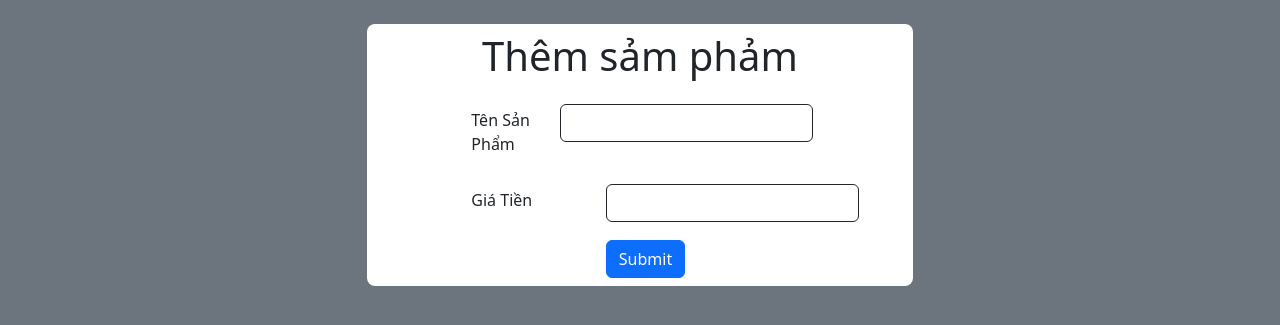
Repository: HT-35/iuh
Page: thi GK/index.html
The author's editor kept a copy of each file at every save. The page is drawn from the files as they stood at one save, then again after the next save.
The browser window is 1280 px wide. The pictures show the whole page.

Above is the page before, as saved 2024-03-25 11:51:30.
Console error: TypeError: Cannot read properties of null (reading 'addEventListener')

### thi GK/index.html
<!DOCTYPE html>
<html lang="en">

<head>
  <meta charset="UTF-8">
  <meta name="viewport" content="width=device-width, initial-scale=1.0">
  <title>Call API from Form Input</title>
  <link href="https://cdn.jsdelivr.net/npm/bootstrap@5.3.3/dist/css/bootstrap.min.css" rel="stylesheet">
</head>

<body class="container bg-secondary">

  <div class="row">

    <div class="col-sm-3 col-md-3 col-lg-3"></div>

    <div class="col-sm-6 col-md-6 col-lg-6">
      <div class="  bg-white rounded-3 p-2 w-100 mt-4">
        <div class="row">

          <div class="title col-sm-12 col-md-12 col-lg-12">
            <h1 class="text-center">Thêm sảm phảm</h1>
          </div>
        </div>

        <form action="#" class="">
          <div class="mb-3 mt-3 row">
            <div class="col-0 col-sm-2 col-md-2 col-lg-2  ">

            </div>
            <div class="col-6 col-sm-4 col-md-4 col-lg-2  ">
              <label for="email" class="form-label p-1">Tên Sản Phẩm</label>
            </div>
            <div class="col-6 col-sm-6 col-md-6 col-lg-6"><input type="email" class="form-control border border-dark"
                id="email" placeholder="" name="email"></div>
          </div>



          <div class="mb-3 mt-3 row">
            <div class="col-0 col-sm-2 col-md-2 col-lg-2  ">

            </div>
            <div class="col-6 col-sm-4 col-md-4 col-lg-3  ">
              <label for="email" class="form-label p-1">Giá Tiền</label>
            </div>
            <div class="col-6 col-sm-6 col-md-6 col-lg-6"><input type="email" class="form-control border border-dark"
                id="email" placeholder="" name="email"></div>
          </div>

          <div class="row">
            <div class=" col-4 col-sm-5 col-md-5 col-lg-5 "></div>
            <div class=" col-6 col-sm-3 col-md-3 col-lg-3 "><button type="submit"
                class="btn  btn-primary">Submit</button>
            </div>
            <div class=" col-6 col-sm-4 col-md-4 col-lg-4 "></div>

          </div>
        </form>
        <div id="result"></div>
      </div>

    </div>


    <div class="col-sm-3 col-md-3 col-lg-3"></div>
  </div>



  <script src="https://cdn.jsdelivr.net/npm/bootstrap@5.3.3/dist/js/bootstrap.bundle.min.js"></script>
  <script src="script.js"></script>
</body>

</html>

### thi GK/script.js
document.addEventListener("DOMContentLoaded", function () {
  document
    .getElementById("apiForm")
    .addEventListener("submit", function (event) {
      event.preventDefault(); // Ngăn chặn sự kiện mặc định của form

      var inputData = document.getElementById("inputData").value; // Lấy dữ liệu từ input

      // Gửi yêu cầu fetch đến API
      fetch("URL_API_CỦA_BẠN", {
        method: "POST",
        headers: {
          "Content-Type": "application/json",
        },
        body: JSON.stringify({ data: inputData }),
      })
        .then((response) => {
          if (!response.ok) {
            throw new Error("Network response was not ok");
          }
          return response.json();
        })
        .then((data) => {
          // Xử lý dữ liệu trả về từ API
          document.getElementById("result").innerText =
            "API Response: " + JSON.stringify(data);
        })
        .catch((error) => {
          // Xử lý lỗi
          console.error("Error:", error);
          document.getElementById("result").innerText =
            "Error: " + error.message;
        });
    });
});

After the next save:
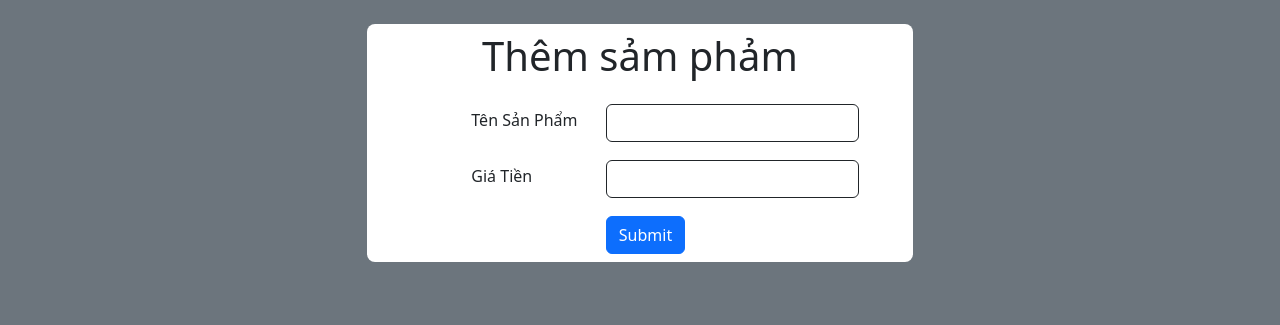
Saved 5 s later.
--- a/thi GK/index.html
+++ b/thi GK/index.html
@@ -28,7 +28,7 @@
             <div class="col-0 col-sm-2 col-md-2 col-lg-2  ">
 
             </div>
-            <div class="col-6 col-sm-4 col-md-4 col-lg-2  ">
+            <div class="col-6 col-sm-4 col-md-4 col-lg-3  ">
               <label for="email" class="form-label p-1">Tên Sản Phẩm</label>
             </div>
             <div class="col-6 col-sm-6 col-md-6 col-lg-6"><input type="email" class="form-control border border-dark"
